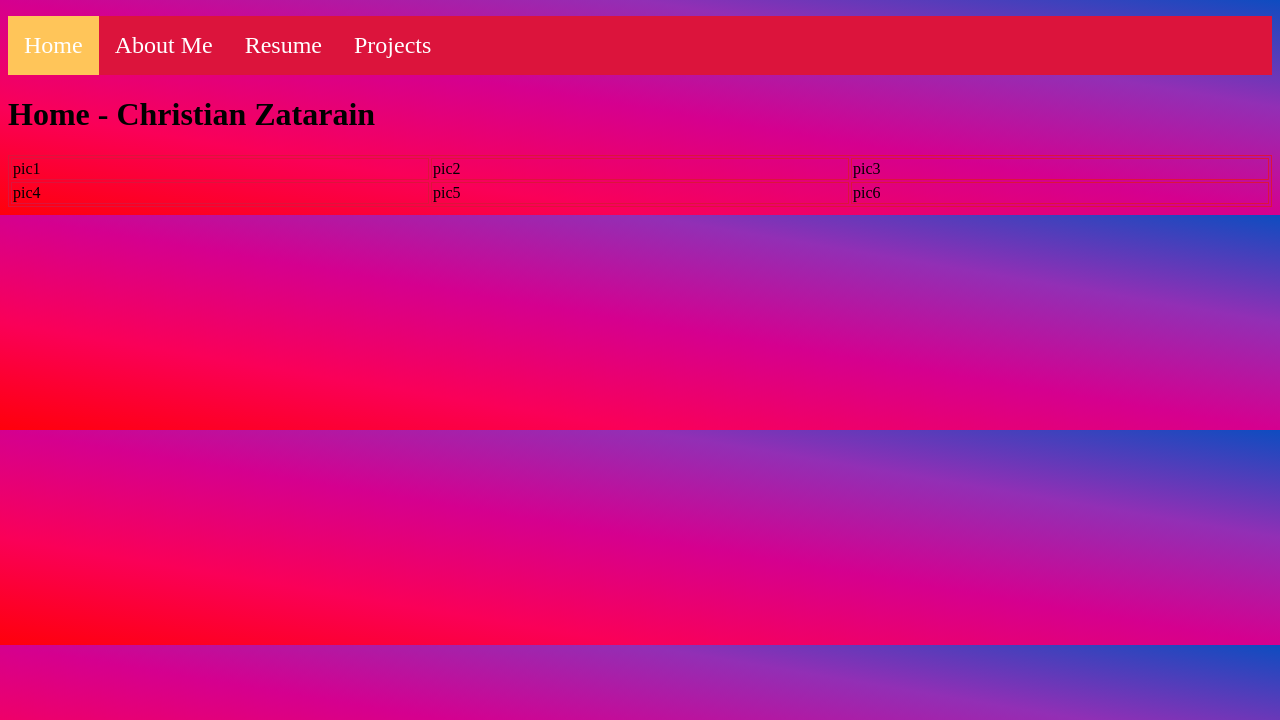
Repository: Zatarain10/Zatarain10.github.io
Page: index.html
The author's editor kept a record of every edit. The page is drawn from the files as they stood at one moment, then again after the next edit.
The browser window is 1280 px wide. The pictures show the whole page.

Above is the page before.

### index.html
<!DOCTYPE html>
<html>
    <head>
    <title>Home</title>
    <link rel="stylesheet" type="text/css" href="style.css">

    </head>
    <body>
        <ul class="navbar">
            <li class="active"><a href="/index.html">Home</a></li>
            <li><a href="aboutme.html">About Me</a></li>
            <li><a href="resume.html">Resume</a></li>
            <li class="dropdown">
                <div>Projects</div>
                <ul class="dropdown-content">
                    <li><a href="project1.html">Project 1</a></li>
                    <li><a href="project2.html">Project 2</a></li>
                    <li><a href="project3.html">Project 3</a></li>
                </ul>
            </li>
        </ul>

        <h1>Home - Christian Zatarain</h1>

        <table border="1"; bordercolor="crimson"; width="100%"; height="40%">
            <tr>
                <td>pic1</th>
                <td>pic2</th>
                <td>pic3</td>
            </tr>
            <tr>
                <td>pic4</td>
                <td>pic5</td>
                <td>pic6</td>
            </tr>
        </table>

    </body>
</html>

### style.css
        .navbar{
            list-style:none;
            background-color: Crimson;
            overflow:hidden;
            padding:0;
        }

        .navbar a, .dropdown div{
            text-decoration:none;
            color: white;
            font-size: 24px;
            padding: 16px;
            display:inline-block;
        }

        .navbar li{
            float:left;
        }

        .navbar li:hover{
            background-color:Cyan;
        }

        .dropdown-content{
            list-style:none;
            padding: 0;
            display:none;
            position:absolute;
            z-index:1;
            background-color: Crimson
        }

        .dropdown-content li{
            float:none;
        }

        .dropdown:hover .dropdown-content{
            display:block;
        }

        .active{
            background-color: #ffc559;
        }

        body{
            background: linear-gradient(to right top, #ff000b, #fa0058, #d5008f, #922fb5, #0e4cc0);
        }

After the next edit:
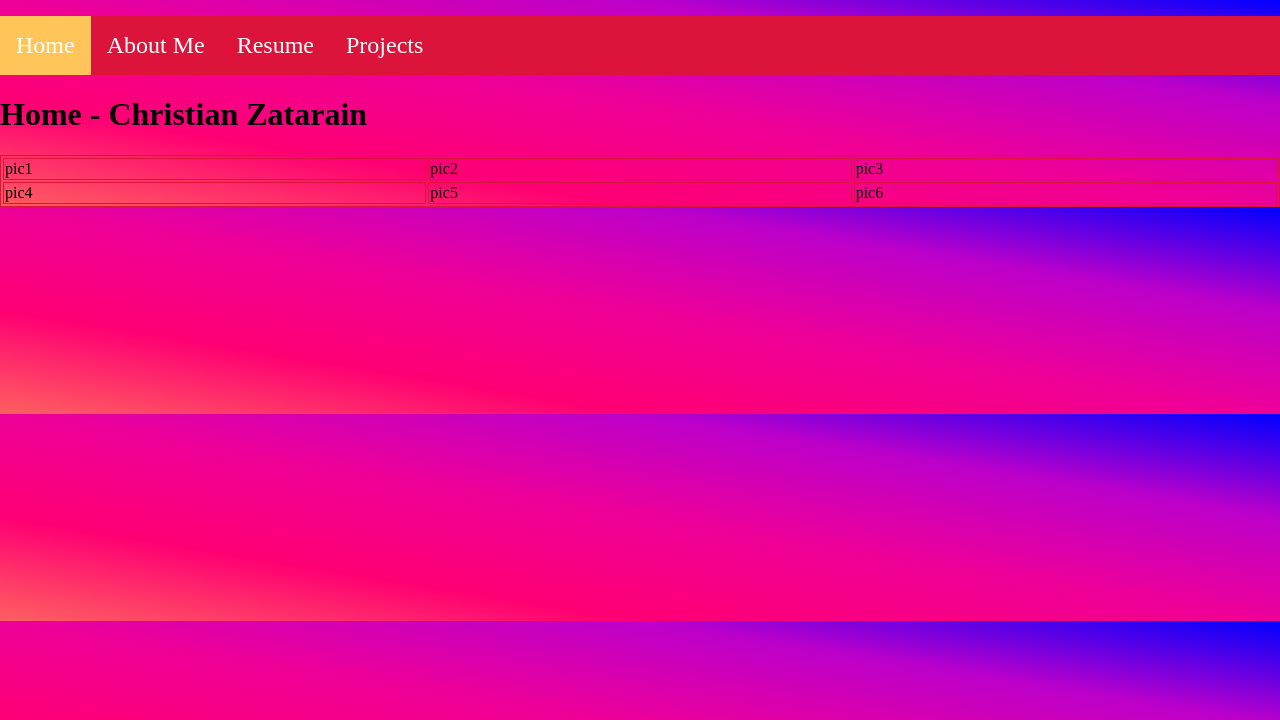
The edit:
--- a/style.css
+++ b/style.css
@@ -43,5 +43,9 @@
         }
 
         body{
-            background: linear-gradient(to right top, #ff000b, #fa0058, #d5008f, #922fb5, #0e4cc0);
+            height: 100%;
+            margin: 0;
+            background-repeat: no-repeat;
+            background-attachment: fixed;
+            background: linear-gradient(to right top, #ff6060, #ff0073, #ee0098, #bc00ca, #0000ff);
         }
